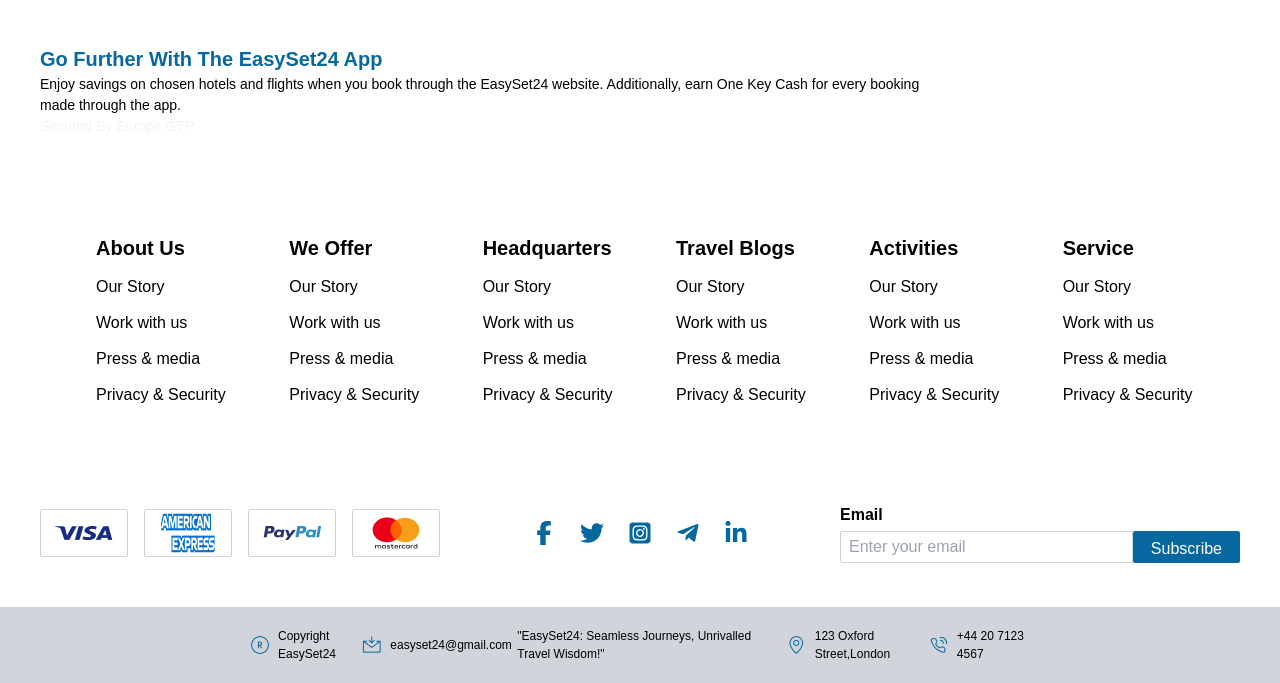
Repository: Quynhhuong150322/DIKO_STUDY_TRAVEL_WEB
Page: /
An editor plug-in stored every save of this project. The page is shown before and after the next save, followed by the edit.
The browser window is 1280 px wide. The pictures show the part of the page from y = 4838 to 5521 px (the page is 5521 px tall).
The project was rebuilt for these pictures with package versions that can differ from the ones it lists, and the page was loaded fresh each time. Also part of the build but not shown: src/components/Login.js, src/components/Register.js. Imported but missing from the stored project, and not drawn on this page: src/redux/slices/authSlice.

Above is the page before, as saved 2024-02-26 10:33:48.

### src/index.css
@tailwind base;
@tailwind components;
@tailwind utilities;

@import url("https://fonts.googleapis.com/css2?family=Poppins:wght@100;300;400;500;600&display=swap");

@layer base {
  html {
    font-family: "Poppins", sans-serif;
  }
  * {
    margin: 0;
    padding: 0;
    box-sizing: border-box;
    scroll-behavior: smooth;
    /* background-color: #F9F9F9; */
  }
}

@layer components {
  .max-container {
    max-width: 1260px;
    /* min-height: 100vh; */
    margin: 0 auto;
    padding: 0 30px;
    /* display: flex; */
    /* flex-direction: column; */
    justify-content: space-between;
  }
  .button {
    width: 189px;
    /* height: 40px; */
    border-style: solid;
    border-width: 2px;
    border-color: #07689F;
    color: #07689F;
  }
  .tabMenu {
    width: 121px;
    height: 40px;
    color: #D9D9D9;
    border-style: solid;
    border-width: 2px;
    border-color: #D9D9D9;
    color: #D9D9D9;
    border-radius: 9999px;
  }
  .tabSearch {
    /* max-width: 1190px; */
    height: 56px;
    border-style: solid;
    border-width: 1px;
    border-color: #D9D9D9;
    padding: 0 16px;
    font-size: 12px;
  }

}

### src/App.js
import React from "react";
import Navbar from "./components/Navbar";
import Footer from "./components/Footer";
import AppRoutes from "./routes/AppRoutes";
import { BrowserRouter as Router } from "react-router-dom";
import CopyRight from "./components/CopyRight";

const App = () => {
  return (
    <Router>
      <div className="">
        <div className="max-container">
          <Navbar />
        </div>
        <div>
          <AppRoutes />
        </div>
        <div className="max-container">
          <Footer />
        </div>
        <div >
          <CopyRight />
        </div>
      </div>
    </Router>
  );
};

export default App;

### src/redux/store.js
import { configureStore } from "@reduxjs/toolkit";
import authReducer from "./slices/authSlice";

export const store = configureStore({
  reducer: {
    users: authReducer,
  },
});

### src/components/Navbar.js
import React from 'react'
import Logo from '../assets/images/Header/Logo.png'
import EL from '../assets/images/Header/England.png'
import { FaRegQuestionCircle } from "react-icons/fa";
import { LuSearch } from "react-icons/lu";

const MenuData = [
    {
        id: 1,
        name: 'Trip',
    },
    {
        id: 2,
        name: '%Deals',
    },
    {
        id: 3,
        name: 'Hotel',
    },
    {
        id: 4,
        name: 'Flight',
    },
    {
        id: 5,
        name: 'Apartment',
    },
    {
        id: 6,
        name: 'Camper',
    },
]

const Navbar = () => {
    return (
        <div className='bg-neutral py-[24px]'>
            <div className="flex flex-col gap-10">
                {/* Header Section  */}
                <div className='flex gap-2 items-center'>
                    <img src={Logo} alt="" />
                    <div className='flex gap-7 items-center'>
                        <div className="flex gap-1 items-center">
                            <FaRegQuestionCircle className='text-primary' />
                            <img src={EL} alt="" className='w-7 h-7' />
                            {/* Search  */}
                            <div className="relative flex items-center">
                                <input
                                    type="text"
                                    placeholder="search"
                                    className="w-[605px] h-[32px] rounded-sm border border-gray-300 px-2 py-1 focus:outline-none focus:border-1 focus:border-primary"
                                />
                                <LuSearch className="text-gray-500 group-hover:text-primary absolute top-1/2 -translate-y-1/2 right-3 cursor-pointer" />
                            </div>
                        </div>
                        <div className='flex gap-2 items-center'>
                            <button className='button border-primary bg-neutral hover:scale-105 py-2 px-4 rounded-sm'>
                                Sing In
                            </button>
                            <button className='button border-primary bg-neutral hover:scale-105 py-2 px-4 rounded-sm'>
                                Register
                            </button>
                        </div>
                    </div>
                    <div>
                    </div>
                </div>
                {/* Upper Nav  */}
                <div className=''>
                    <div className=' '>
                        <ul className='flex justify-center gap-4'>
                            {
                                MenuData.map((data) => (
                                    <button key={data.id} className='text-pri tabMenu focus:bg-primary focus:text-white focus:font-bold focus:border-primary inline-block hover:text-primary' >
                                        {data.name}
                                    </button>
                                ))
                            }
                        </ul>
                    </div>
                </div>
            </div>
        </div>
    )
}

export default Navbar

### src/components/Footer.js
import React from 'react'
import img1 from '../assets/images/Footer/visa-logo.png'
import img2 from '../assets/images/Footer/Amex.png'
import img3 from '../assets/images/Footer/International.png'
import img4 from '../assets/images/Footer/Masterrcard.png'
import { FaFacebookF } from "react-icons/fa6";
import { FaTwitter } from "react-icons/fa";
import { FaSquareInstagram } from "react-icons/fa6";
import { FaTelegramPlane } from "react-icons/fa";
import { FaLinkedinIn } from "react-icons/fa6";
// import { CiMail } from "react-icons/ci";


const AboutUsList = [
  {
    id: 1,
    title: "Our Story",
    link: "/#",
  },
  {
    id: 2,
    title: "Work with us",
    link: "/#",
  },
  {
    id: 3,
    title: "Press & media",
    link: "/#",
  },
  {
    id: 4,
    title: "Privacy & Security",
    link: "/#",
  },
]
const ImgList = [
  {
    id: 1,
    img: img1,
  },
  {
    id: 2,
    img: img2,
  },
  {
    id: 3,
    img: img3,
  },
  {
    id: 4,
    img: img4,
  }
]
const IconsList = [
  {
    id: 1,
    icon: FaFacebookF,
  },
  {
    id: 2,
    icon: FaTwitter,
  },
  {
    id: 3,
    icon: FaSquareInstagram,
  },
  {
    id: 4,
    icon: FaTelegramPlane,
  },
  {
    id: 5,
    icon: FaLinkedinIn,
  },
]


const Footer = () => {
  return (
    <div className='py-11'>
      <div className='flex flex-col gap-16'>
        <div className='flex'>
          <div className='basis-9/12'>
            <h2 className='font-bold text-primary text-xl'>
              Go Further With The EasySet24 App
            </h2>
            <p className='text-ba '>
              Enjoy savings on chosen hotels and flights when you book through the EasySet24 website. Additionally, earn One Key Cash for every booking made through the app.
            </p>
            <p className='text-ba text-black/5'>
              Secured By Europe GTP
            </p>
          </div>
        </div>
        {/* footer menu  */}
        <div className='grid grid-cols-6 sm:grid-col col-span-2 md:pl-10'>
          <div className="py-8 px-4">
            <h1 className="sm:text-xl text-xl font-bold sm:text-left text-justify mb-3">
              About Us
            </h1>
            <ul className="flex flex-col gap-3">
              {AboutUsList.map((link) => (
                <li
                  className="cursor-pointer hover:text-primary hover:translate-x-1 duration-300 "
                  key={link.id}
                >
                  <span>{link.title}</span>
                </li>
              ))}
            </ul>
          </div>
          <div className="py-8 px-4">
            <h1 className="sm:text-xl text-xl font-bold sm:text-left text-justify mb-3">
              We Offer
            </h1>
            <ul className="flex flex-col gap-3">
              {AboutUsList.map((link) => (
                <li
                  className="cursor-pointer hover:text-primary hover:translate-x-1 duration-300 "
                  key={link.id}
                >
                  <span>{link.title}</span>
                </li>
              ))}
            </ul>
          </div>
          <div className="py-8 px-4">
            <h1 className="sm:text-xl text-xl font-bold sm:text-left text-justify mb-3">
              Headquarters
            </h1>
            <ul className="flex flex-col gap-3">
              {AboutUsList.map((link) => (
                <li
                  className="cursor-pointer hover:text-primary hover:translate-x-1 duration-300 "
                  key={link.id}
                >
                  <span>{link.title}</span>
                </li>
              ))}
            </ul>
          </div>
          <div className="py-8 px-4">
            <h1 className="sm:text-xl text-xl font-bold sm:text-left text-justify mb-3">
              Travel Blogs
            </h1>
            <ul className="flex flex-col gap-3">
              {AboutUsList.map((link) => (
                <li
                  className="cursor-pointer hover:text-primary hover:translate-x-1 duration-300 "
                  key={link.id}
                >
                  <span>{link.title}</span>
                </li>
              ))}
            </ul>
          </div>
          <div className="py-8 px-4">
            <h1 className="sm:text-xl text-xl font-bold sm:text-left text-justify mb-3">
              Activities
            </h1>
            <ul className="flex flex-col gap-3">
              {AboutUsList.map((link) => (
                <li
                  className="cursor-pointer hover:text-primary hover:translate-x-1 duration-300 "
                  key={link.id}
                >
                  <span>{link.title}</span>
                </li>
              ))}
            </ul>
          </div>
          <div className="py-8 px-4">
            <h1 className="sm:text-xl text-xl font-bold sm:text-left text-justify mb-3">
              Service
            </h1>
            <ul className="flex flex-col gap-3">
              {AboutUsList.map((link) => (
                <li
                  className="cursor-pointer hover:text-primary hover:translate-x-1 duration-300 "
                  key={link.id}
                >
                  <span>{link.title}</span>
                </li>
              ))}
            </ul>
          </div>
        </div>
        {/* footer logo  */}
        <div>
          <div className='grid grid-cols-3'>
            <div className='flex gap-4 items-center '>
              {
                ImgList.map((data) => (
                  <div className='border rounded-sm border-gray-300 w-[89.25px] h-[48px] flex justify-center items-center'>
                    <img src={data.img} alt=""></img>
                  </div>
                ))
              }
            </div>
            <div className='text-primary flex gap-6 text-xxl items-center justify-center' >
              {IconsList.map((data) => (
                <div key={data.id}>
                  <data.icon />
                </div>
              ))}
            </div>
            <div className='flex flex-col gap-1'>
              <h3 className='font-bold '>Email</h3>
              <div className='flex '>
                <input
                  type="text"
                  placeholder="Enter your email"
                  className="basis-10/12 h-[32px] rounded-sm border border-gray-300 px-2 py-1 focus:outline-none focus:border-1 focus:border-primary"
                />
                <button className='basis-1/4 h-[32px] button border-primary py-1 px-4 rounded-sm bg-primary text-white'>
                  Subscribe
                </button>
              </div>
            </div>
          </div>
        </div>
      </div>
    </div>
  )
}

export default Footer

### src/routes/AppRoutes.js
import React from "react";
import { Switch, Route } from "react-router-dom";
import Login from "../components/Login";
import Register from "../components/Register";
import Langding from "../pages/LangdingPage/Langding";
const AppRoutes = () => {
  return (
    <div>
      <Switch>
        <Route path="/login">
          <Login />
        </Route>
        <Route path="/register">
          <Register />
        </Route>
        <Route path="/" exact>
          <Langding />
        </Route>
        <Route path="*">
          <div className="">404 not Error...</div>
        </Route>
      </Switch>
    </div>
  );
};

export default AppRoutes;

### src/components/CopyRight.js
import React from 'react'
import iconEmail from '../assets/images/Footer/icons/copyright.png'
import iconEmail2 from '../assets/images/Footer/icons/email-down.png'
import iconEmail3 from '../assets/images/Footer/icons/local-two.png'
import iconEmail4 from '../assets/images/Footer//icons/phone-call.png'

const CopyrightList = [
    {
        id: 1,
        icons: iconEmail,
        title: 'Copyright EasySet24',
    },
    {
        id: 2,
        icons: iconEmail2,
        title: 'easyset24@gmail.com',
    },
    {
        id: 3,
        icons: '',
        title: '"EasySet24: Seamless Journeys, Unrivalled Travel Wisdom!"',
    },
    {
        id: 4,
        icons: iconEmail3,
        title: '123 Oxford Street,London',
    },
    {
        id: 5,
        icons: iconEmail4,
        title: '+44 20 7123 4567',
    },
]

const CopyRight = () => {
    return (
        <div>
            <div className='bg-gray-300 py-5 px-[250px]'>
                <div className='text-black flex gap-2 text-sm items-center justify-between' >
                    {CopyrightList.map((data) => (
                        <div className='flex flex-row gap-2 items-center justify-center' key={data.id}>
                            <img src={data.icons} alt="" />
                            <p >{data.title}</p>
                        </div>
                    ))}
                </div>
            </div>
        </div>
    )
}

export default CopyRight

### src/pages/LangdingPage/Langding.js
import React from 'react'
import Picture from '../../assets/images/LangdingPage/Picture.png'
import { LuHotel } from "react-icons/lu";
import { IoCalendarOutline } from "react-icons/io5";
import { SlArrowDown } from "react-icons/sl";
import { FiUserPlus } from "react-icons/fi";
import Img1 from "../../assets/images/LangdingPage/SpecialOffers/Photo 1.png";
import Img2 from "../../assets/images/LangdingPage/SpecialOffers/Photo 2.png"
import Img3 from "../../assets/images/LangdingPage/SpecialOffers/Photo 3.png"
import Img4 from "../../assets/images/LangdingPage/SpecialOffers/Photo 4.png"
import Img5 from "../../assets/images/LangdingPage/SpecialOffers/Photo 5.png"
import Img6 from "../../assets/images/LangdingPage/SpecialOffers/Photo 6.png"
import Img7 from "../../assets/images/LangdingPage/ExploreStays/Image1.jpg"
import Img8 from "../../assets/images/LangdingPage/ExploreStays/Image2.jpg"
import Img9 from "../../assets/images/LangdingPage/ExploreStays/Image3.jpg"
import Footer from "../../assets/images/LangdingPage/Footer.jpeg"
// import Img11 from "../../assets/images/LangdingPage/SpecialOffers/Photo 6.png"



const BannerImg = {
  backgroundImage: `url(${Picture})`,
  backgroundPosition: "center",
  backgroundRepeat: "no-repeat",
  backgroundSize: "cover",
  height: "394px",
  width: "100%",
};
const FooterImg = {
  backgroundImage: `url(${Footer})`,
  backgroundPosition: "center",
  backgroundRepeat: "no-repeat",
  backgroundSize: "cover",
  height: "394px",
  width: "100%",
}
const ListMenu = [
  {
    id: 1,
    name: "All",
  },
  {
    id: 2,
    name: "Hotels",
  },
  {
    id: 3,
    name: "Flights",
  },
  {
    id: 4,
    name: "Multi",
  }
]

const ListImage = [
  {
    id: 1,
    img: Img1,
  },
  {
    id: 2,
    img: Img2,
  },
  {
    id: 3,
    img: Img3,
  },
  {
    id: 4,
    img: Img4,
  },
  {
    id: 5,
    img: Img5,
  },
  {
    id: 6,
    img: Img6,
  },
]
const ListCard = [
  {
    id: 1,
    img: Img1,
    location: "Berlin",
    side: "SIDE",
    time: "Wed 25 Jan-Fri 27 Jan",
    title: "A tour of the city and its surroundings led by a professional guide ..."
  },
  {
    id: 2,
    img: Img2,
    location: "Paris",
    side: "SIDE",
    time: "Wed 25 Jan-Fri 27 Jan",
    title: "A tour of the city and its surroundings led by a professional guide ..."

  },
  {
    id: 3,
    img: Img3,
    location: "Madrid",
    side: "SIDE",
    time: "Wed 25 Jan-Fri 27 Jan",
    title: "A tour of the city and its surroundings led by a professional guide ..."

  },
  {
    id: 4,
    img: Img4,
    location: "Barcelona",
    side: "SIDE",
    time: "Wed 25 Jan-Fri 27 Jan",
    title: "A tour of the city and its surroundings led by a professional guide ..."

  },
  {
    id: 5,
    img: Img5,
    location: "Rom",
    side: "SIDE",
    time: "Wed 25 Jan-Fri 27 Jan",
    title: "A tour of the city and its surroundings led by a professional guide ..."

  },
  {
    id: 6,
    img: Img6,
    location: "Milan",
    side: "SIDE",
    time: "Wed 25 Jan-Fri 27 Jan",
    title: "A tour of the city and its surroundings led by a professional guide ..."

  },
  {
    id: 7,
    img: Img7,
    location: "Istanbul",
    side: "SIDE",
    time: "Wed 25 Jan-Fri 27 Jan",
    title: "A tour of the city and its surroundings led by a professional guide ..."

  },
  {
    id: 8,
    img: Img8,
    location: "Dubai",
    side: "SIDE",
    time: "Wed 25 Jan-Fri 27 Jan",
    title: "A tour of the city and its surroundings led by a professional guide ..."

  },
  {
    id: 9,
    img: Img9,
    location: "Amesterdam",
    side: "SIDE",
    time: "Wed 25 Jan-Fri 27 Jan",
    title: "A tour of the city and its surroundings led by a professional guide ..."

  },
  {
    id: 10,
    img: Img1,
    location: "New York",
    side: "SIDE",
    time: "Wed 25 Jan-Fri 27 Jan",
    title: "A tour of the city and its surroundings led by a professional guide ..."

  },
  {
    id: 11,
    img: Img2,
    location: "Marollca",
    side: "SIDE",
    time: "Wed 25 Jan-Fri 27 Jan",
    title: "A tour of the city and its surroundings led by a professional guide ..."

  },
  {
    id: 12,
    img: Img3,
    location: "Teneriffa",
    side: "SIDE",
    time: "Wed 25 Jan-Fri 27 Jan",
    title: "A tour of the city and its surroundings led by a professional guide ..."

  },
]

const Langding = () => {
  return (
    <div >
      {/* Discover Trip  */}
      <div className=' background ' style={BannerImg}>
        <div className=' '>
          <h1 className='text-3xl w-1/3 font-bold text-white bg-opacity-0'>
            Discover Your Trip Worldwide !
          </h1>
          <div class="flex flex-row  bg-white">
            <div class="basis-1/4 tabSearch flex gap-9 items-center">
              <LuHotel className='text-primary' size={24} />
              <p className=''>
                Where Are you Going to?
              </p>
            </div>
            <div class="basis-1/4 tabSearch flex gap-6 items-center">
              <IoCalendarOutline size={24} className='text-primary' />
              <p className=''>
                Check In Date
              </p>
              <p className=''>
                Check Out Date
              </p>
            </div>
            <div class="basis-1/3 tabSearch flex gap-8 items-center">
              <FiUserPlus size={24} className='text-primary' />
              <p className=''>
                Adults 2
              </p>
              <p className=''>
                Children 3
              </p>
              <p className=''>
                Room
              </p>
              <SlArrowDown size={24} className='text-primary' />
            </div>
            <div class="basis-1/6  tabSearch bg-primary flex justify-center items-center">
              <p className='font-bold text-white'>Search</p>
            </div>
          </div>
        </div>
      </div>
      {/* Special Offers */}
      <div className='max-container py-6'>
        {/* checkbox  */}
        <div className='flex flex-col gap-6 py-6'>
          <h2 className='text-2xl font-bold'>Special Offers</h2>
          <div className='flex '>
            <div className='flex justify-center items-center gap-2'>
              {
                ListMenu.map((data) => (
                  <><input
                    type="checkbox"
                    className="w-[24px] h-[24px] border border-gray-300 px-2 py-1 focus:outline-none focus:border-1 focus:border-primary" />
                    <label for="checkbox" className='text-base'>{data.name}</label>
                  </>
                ))
              }
            </div>
          </div>
        </div>
        {/* image  */}
        <div>
          <div className='grid grid-cols-3 gap-2'>
            {
              ListImage.map((data) => (
                <img src={data.img} alt="" className='w-full h-full' />
              ))
            }
          </div>
        </div>
      </div>

      {/* Explore Stays In Trending Destinations  */}
      <div className='max-container py-6'>
        <div className='flex flex-col gap-4 py-6'>
          <h2 className='text-2xl font-bold'>Explore Stays In Trending Destinations</h2>
          <p>Find Hot Stays!</p>
        </div>
        {/* ImageCard */}
        <div className='grid grid-cols-4 place-items-center gap-5 '>
          {
            ListCard.map((data) => (
              <div className='flex flex-col gap-4 border rounded-sm border-gray-300 p-1'>
                <img src={data.img} alt="" className=' h-[272px] w-full object-cover rounded-sm'>
                </img>
                <div className='flex flex-col gap-4 pb-4'>
                  <div className=''>
                    <p className='text-xl font-semibold'>{data.location}</p>
                    <p className='text-base text-gray-500/100 font-semibold'>{data.side}</p>
                  </div>
                  <p className='text-sm font-medium'>{data.time}</p>
                  <p className='text-l font-light'>{data.title}</p>
                </div>
              </div>
            ))
          }
        </div>
      </div>
      <div className='max-container py-20'>
        <div className='flex flex-col gap-4 py-6'>
          <h2 className='text-2xl font-bold'>Compare The Highest Reviewed Past Offers </h2>
          <p>Browse By Type</p>
        </div>
        <div className='grid grid-cols-4 place-items-center gap-5 '>
          {
            ListCard.map((data) => (
              <div className='flex flex-col gap-4 border rounded-sm border-gray-300 p-1'>
                <img src={data.img} alt="" className=' h-[272px] w-full object-cover rounded-sm'>
                </img>
                <div className='flex flex-col gap-2 pb-2'>
                  <div className=''>
                    <p className='text-xl font-semibold'>{data.location}</p>
                    {/* <p className='text-base text-gray-500/100 font-semibold'>{data.side}</p> */}
                  </div>
                  {/* <p className='text-sm font-medium'>{data.time}</p> */}
                  {/* <p className='text-l font-light'>{data.title}</p> */}
                </div>
              </div>
            ))
          }
        </div>
      </div>
      {/* Banner Footer  */}
      <div className=' background ' style={FooterImg}>

      </div>
    </div>
  )
}

export default Langding

### tailwind.config.js
/** @type {import('tailwindcss').Config} */
module.exports = {
  content: ["./src/**/*.{js,jsx,ts,tsx}"],
  theme: {
    extend: {
      colors: {
        primary: "#07689F",
        secondary: "#D9D9D9",
        neutral: "#F9F9F9",
        pri: "#A6A6A6",
      },
      fontSize: {
        sm: '12px',
        'ba': '14px',
        base: '16px',
        'l': '10px',
        xl: '20px',
        'xxl': '24px',
        '2xl': '32px',
        '3xl': '40px',
        '4xl': '44px',
        // '5xl': '3.052rem',
      },
    },
  },
  plugins: [],
};

Loaded but not shown: public/index.html (common file); src/index.js (common file); src/reportWebVitals.js (common file)

After the next save:
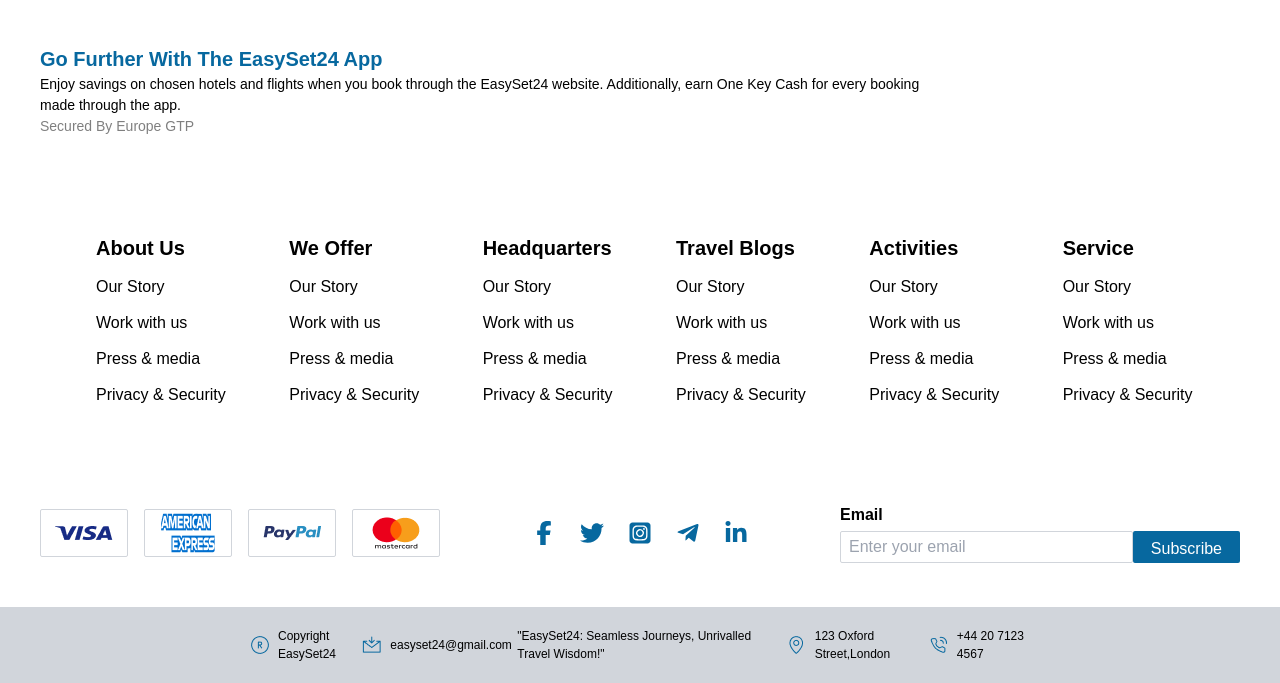
Saved 5 s later.
--- a/src/components/Footer.js
+++ b/src/components/Footer.js
@@ -87,7 +87,7 @@ const Footer = () => {
             <p className='text-ba '>
               Enjoy savings on chosen hotels and flights when you book through the EasySet24 website. Additionally, earn One Key Cash for every booking made through the app.
             </p>
-            <p className='text-ba text-black/5'>
+            <p className='text-ba text-black/50'>
               Secured By Europe GTP
             </p>
           </div>
